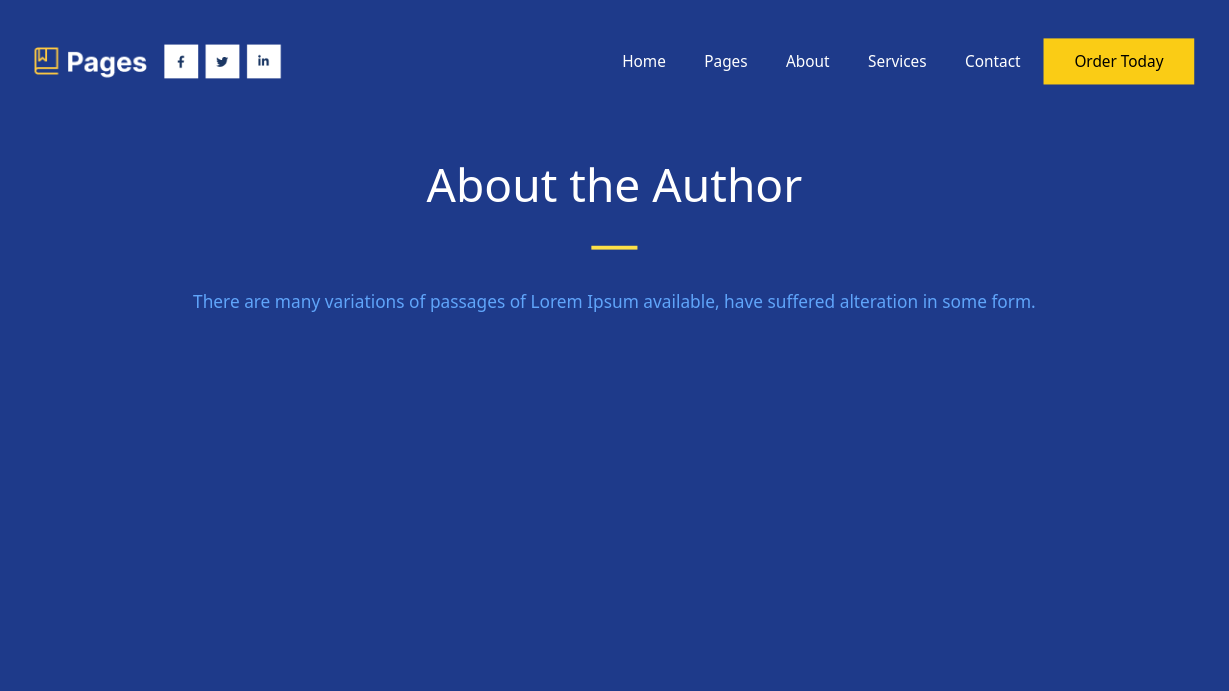
Repository: Godnorg/Class3
Page: index.html
An editor plug-in stored every save of this project. The page is shown before and after a run of saves, followed by the edit.
The browser window is 1280 px wide. The pictures show the whole page, at 96% of full size.
Some web libraries are served in a nearby version.

Above is the page before, as saved 2023-02-18 18:24:44.

After the next 4 saves:
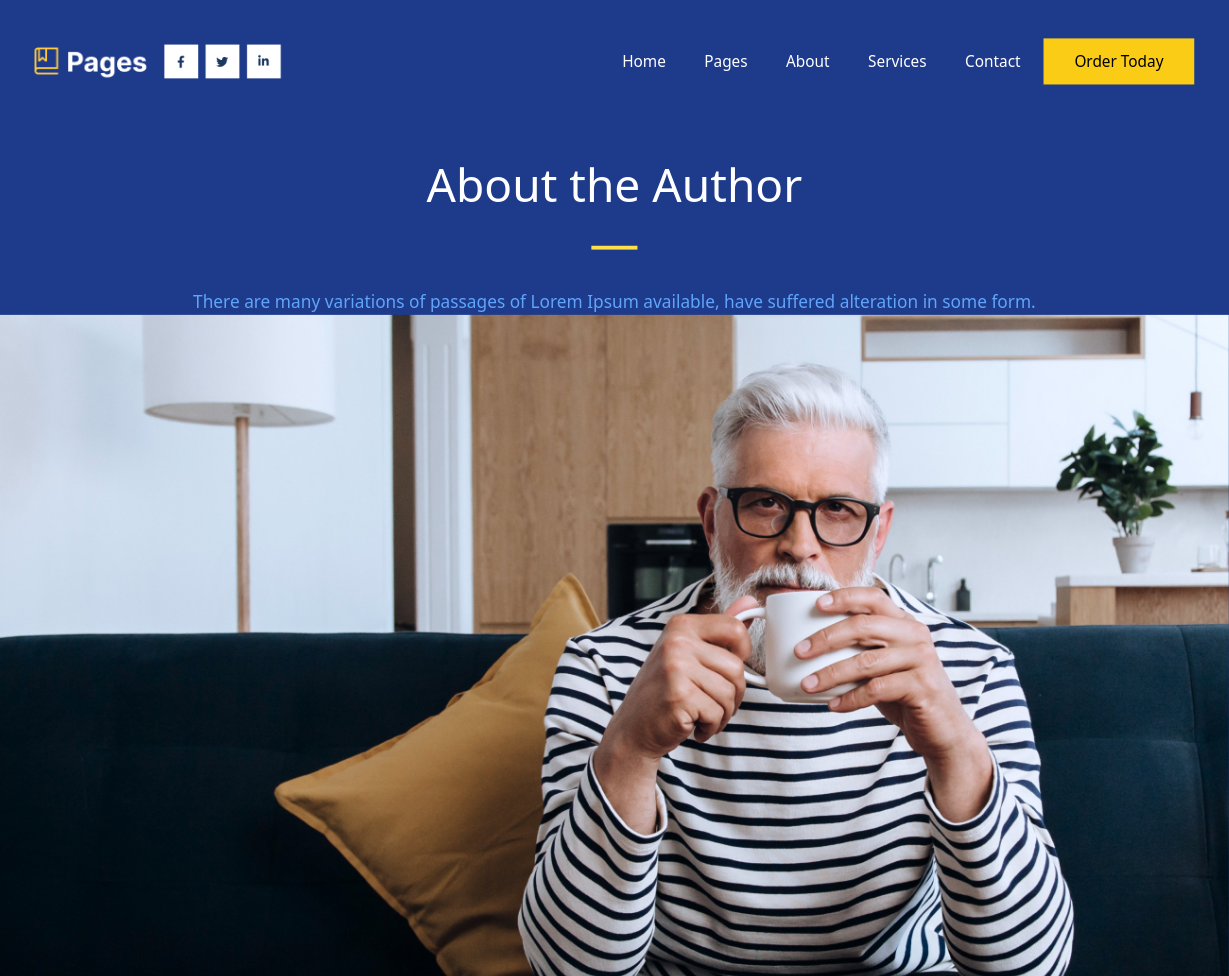
The 4 saves are shown as one change because they came seconds apart.
The last was saved 48 s later.
--- a/index.html
+++ b/index.html
@@ -32,7 +32,7 @@
         <p class="items-center pt-10 mx-auto text-lg text-center text-blue-400">There are many variations of passages of Lorem Ipsum available, have suffered alteration in some form.</p>
     </div>
     <div class="bg-color-white">
-
+        <img src="./oldman2.jpg">
     </div>
 
 </body>
